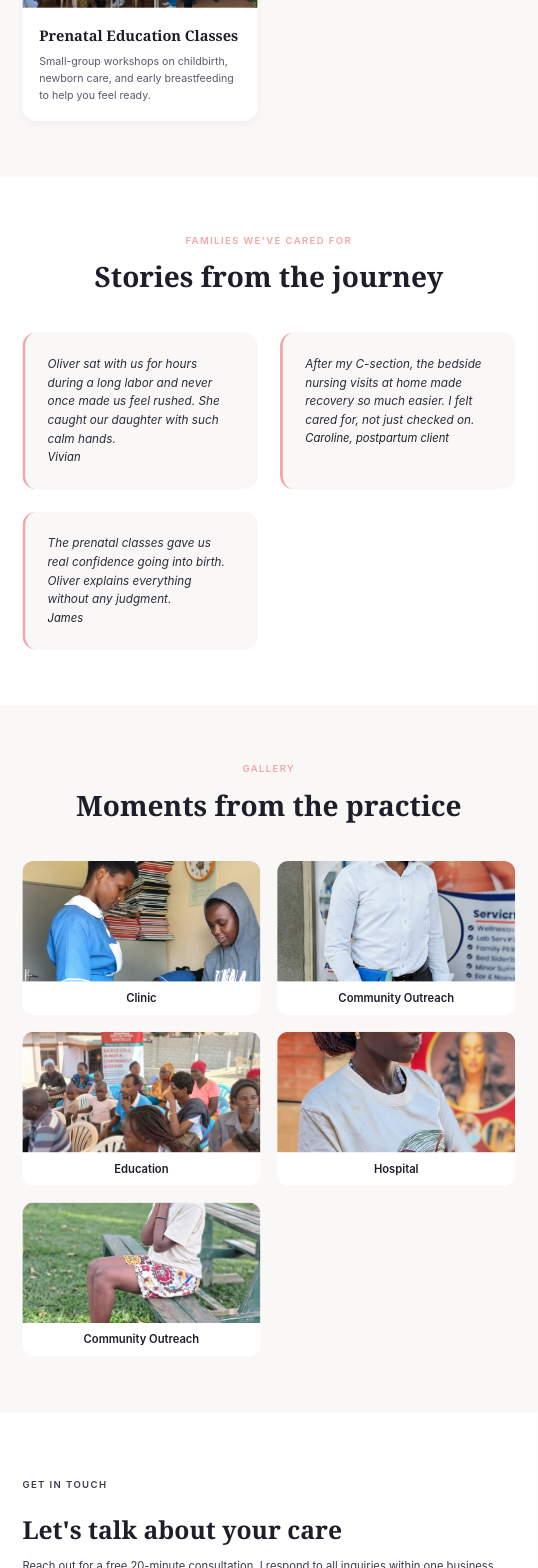
Repository: Mrkayboss/Aber-Oliver
Page: index (2).html
The author's editor kept a copy of each file at every save. The page is drawn from the files as they stood at one save, then again after the next save.
The browser window is 768 px wide. The pictures show the part of the page from y = 4260 to 6500 px (the page is 7887 px tall before and 8127 px after), at 70% of full size.
Backgrounds fixed to the window are drawn as part of the page.

Above is the page before, as saved 2026-08-28 21:29:28.

After the next save:
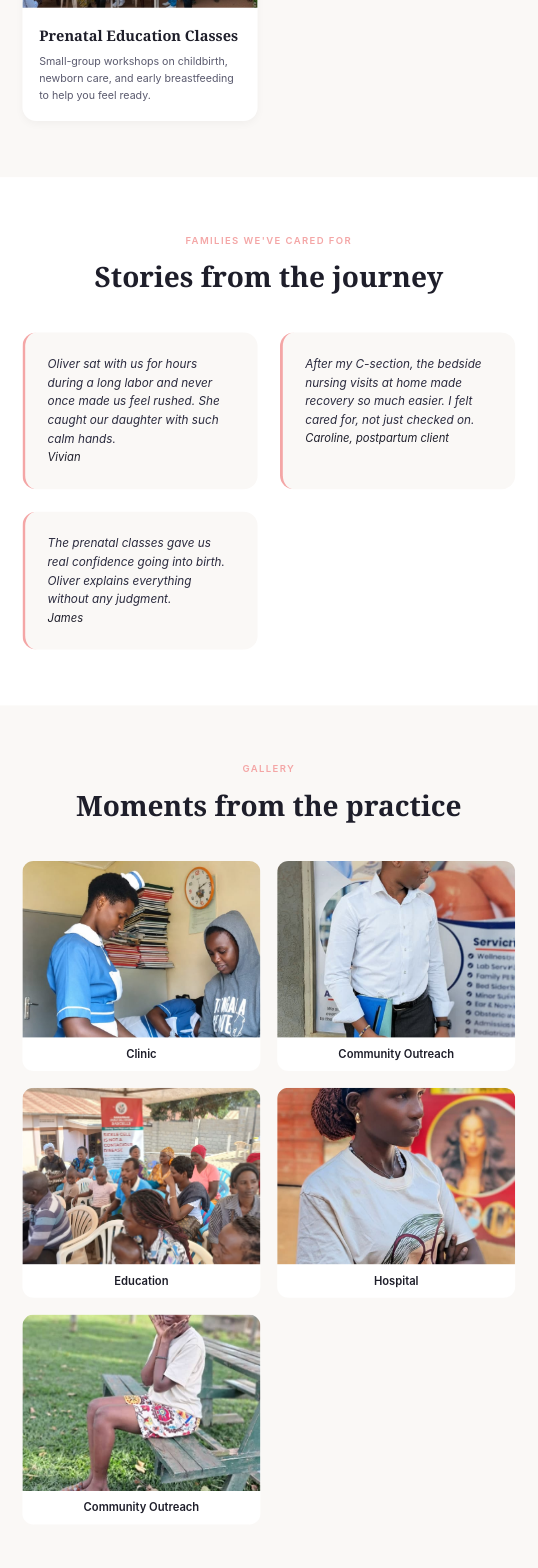
Saved 4 min 3 s later.
--- a/index (2).html
+++ b/index (2).html
@@ -410,7 +410,7 @@
     gap: 1.5rem;
   }
   .gallery-tile {
-    height: 280px;
+    height: 360px;
     border-radius: 16px;
     display: flex;
     flex-direction: column;
@@ -635,7 +635,7 @@
       height: 260px;
     }
     .gallery-tile {
-      height: 220px;
+      height: 300px;
     }
     .gallery-grid {
       grid-template-columns: repeat(2, 1fr);
